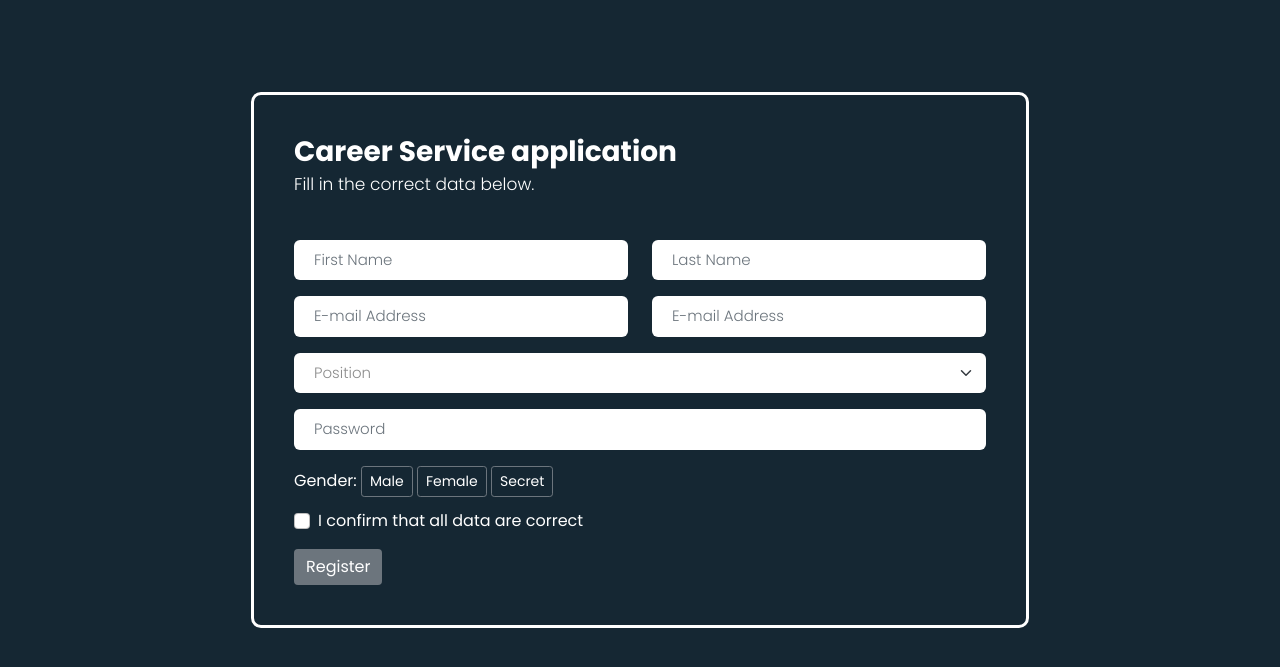
Repository: Samkiroko/form-assignment
Page: index.html
An editor plug-in stored every save of this project. The page is shown before and after the next save, followed by the edit.
The browser window is 1280 px wide. The pictures show the whole page.

Above is the page before, as saved 2022-12-03 18:38:20.

### index.html
<!DOCTYPE html>
<html lang="en" >
<head>
  <meta charset="UTF-8">
  <title>Career Service application</title>
  <link rel='stylesheet' href='https://cdn.jsdelivr.net/npm/bootstrap@5.0.0-beta2/dist/css/bootstrap.min.css'><link rel="stylesheet" href="./style.css">

</head>
<body>
<!-- partial:index.partial.html -->
<div class="form-body">
        <div class="row">
            <div class="form-holder">
                <div class="form-content">
                    <div class="form-items">
                        <h3>Career Service application</h3>
                        <p>Fill in the correct data below.</p>
                        <form class="requires-validation" novalidate>
                            <div class="row">
                                 <div class="col-6">
                               <input class="form-control" type="text" name="name" placeholder="First Name" required>
                               <div class="valid-feedback">First Name field is valid!</div>
                               <div class="invalid-feedback">First Name field cannot be blank!</div>
                            </div>
                            <div class="col-6">
                               <input class="form-control" type="text" name="name" placeholder="Last Name" required>
                               <div class="valid-feedback">Last Name field is valid!</div>
                               <div class="invalid-feedback">Last Name field cannot be blank!</div>
                            </div>
                            </div>
                            <div class="row">
                                <div class="col-md-6">
                                <input class="form-control" type="email" name="email" placeholder="E-mail Address" required>
                                 <div class="valid-feedback">Email field is valid!</div>
                                 <div class="invalid-feedback">Email field cannot be blank!</div>
                            </div>
                             <div class="col-md-6">
                                <input class="form-control" type="email" name="email" placeholder="E-mail Address" required>
                                 <div class="valid-feedback">Email field is valid!</div>
                                 <div class="invalid-feedback">Email field cannot be blank!</div>
                            </div></div>


                           <div class="col-md-12">
                                <select class="form-select mt-3" required>
                                      <option selected disabled value="">Position</option>
                                      <option value="jweb">Junior Web Developer</option>
                                      <option value="sweb">Senior Web Developer</option>
                                      <option value="pmanager">Project Manager</option>
                                      <option value="pmanager">System Design</option>
                               </select>
                                <div class="valid-feedback">You selected a position!</div>
                                <div class="invalid-feedback">Please select a position!</div>
                           </div>


                           <div class="col-md-12">
                              <input class="form-control" type="password" name="password" placeholder="Password" required>
                               <div class="valid-feedback">Password field is valid!</div>
                               <div class="invalid-feedback">Password field cannot be blank!</div>
                           </div>


                           <div class="col-md-12 mt-3">
                            <label class="mb-3 mr-1" for="gender">Gender: </label>

                            <input type="radio" class="btn-check" name="gender" id="male" autocomplete="off" required>
                            <label class="btn btn-sm btn-outline-secondary" for="male">Male</label>

                            <input type="radio" class="btn-check" name="gender" id="female" autocomplete="off" required>
                            <label class="btn btn-sm btn-outline-secondary" for="female">Female</label>

                            <input type="radio" class="btn-check" name="gender" id="secret" autocomplete="off" required>
                            <label class="btn btn-sm btn-outline-secondary" for="secret">Secret</label>
                               <div class="valid-feedback mv-up">You selected a gender!</div>
                                <div class="invalid-feedback mv-up">Please select a gender!</div>
                            </div>

                        <div class="form-check">
                          <input class="form-check-input" type="checkbox" value="" id="invalidCheck" required>
                          <label class="form-check-label">I confirm that all data are correct</label>
                         <div class="invalid-feedback">Please confirm that the entered data are all correct!</div>
                        </div>


                            <div class="form-button mt-3">
                                <button id="submit" type="submit" class="btn btn-primary">Register</button>
                            </div>
                        </form>
                    </div>
                </div>
            </div>
        </div>
    </div>
<!-- partial -->
  <script  src="./script.js"></script>

</body>
</html>

### style.css
@import url('https://fonts.googleapis.com/css2?family=Poppins:wght@300;400;500;700;900&display=swap');

*,
body {
  font-family: 'Poppins', sans-serif;
  font-weight: 400;
  -webkit-font-smoothing: antialiased;
  text-rendering: optimizeLegibility;
  -moz-osx-font-smoothing: grayscale;
}

html,
body {
  height: 100%;
  background-color: #152733;
  overflow: hidden;
}

.form-holder {
  display: flex;
  flex-direction: column;
  justify-content: center;
  align-items: center;
  text-align: center;
  min-height: 100vh;
}

.form-holder .form-content {
  position: relative;
  text-align: center;
  display: -webkit-box;
  display: -moz-box;
  display: -ms-flexbox;
  display: -webkit-flex;
  display: flex;
  -webkit-justify-content: center;
  justify-content: center;
  -webkit-align-items: center;
  align-items: center;
  padding: 60px;
}

.form-content .form-items {
  border: 3px solid #fff;
  padding: 40px;
  display: inline-block;
  width: 100%;
  min-width: 540px;
  -webkit-border-radius: 10px;
  -moz-border-radius: 10px;
  border-radius: 10px;
  text-align: left;
  -webkit-transition: all 0.4s ease;
  transition: all 0.4s ease;
}

.form-content h3 {
  color: #fff;
  text-align: left;
  font-size: 28px;
  font-weight: 600;
  margin-bottom: 5px;
}

.form-content h3.form-title {
  margin-bottom: 30px;
}

.form-content p {
  color: #fff;
  text-align: left;
  font-size: 17px;
  font-weight: 300;
  line-height: 20px;
  margin-bottom: 30px;
}

.form-content label,
.was-validated .form-check-input:invalid ~ .form-check-label,
.was-validated .form-check-input:valid ~ .form-check-label {
  color: #fff;
}

.form-content input[type='text'],
.form-content input[type='password'],
.form-content input[type='email'],
.form-content select {
  width: 100%;
  padding: 9px 20px;
  text-align: left;
  border: 0;
  outline: 0;
  border-radius: 6px;
  background-color: #fff;
  font-size: 15px;
  font-weight: 300;
  color: #8d8d8d;
  -webkit-transition: all 0.3s ease;
  transition: all 0.3s ease;
  margin-top: 16px;
}

.btn-primary {
  background-color: #6c757d;
  outline: none;
  border: 0px;
  box-shadow: none;
}

.btn-primary:hover,
.btn-primary:focus,
.btn-primary:active {
  background-color: #495056;
  outline: none !important;
  border: none !important;
  box-shadow: none;
}

.form-content textarea {
  position: static !important;
  width: 100%;
  padding: 8px 20px;
  border-radius: 6px;
  text-align: left;
  background-color: #fff;
  border: 0;
  font-size: 15px;
  font-weight: 300;
  color: #8d8d8d;
  outline: none;
  resize: none;
  height: 120px;
  -webkit-transition: none;
  transition: none;
  margin-bottom: 14px;
}

.form-content textarea:hover,
.form-content textarea:focus {
  border: 0;
  background-color: #ebeff8;
  color: #8d8d8d;
}

.mv-up {
  margin-top: -9px !important;
  margin-bottom: 8px !important;
}

.invalid-feedback {
  color: #ff606e;
}

.valid-feedback {
  color: #2acc80;
}

### script.js
(function () {
'use strict'
const forms = document.querySelectorAll('.requires-validation')
Array.from(forms)
  .forEach(function (form) {
    form.addEventListener('submit', function (event) {
      if (!form.checkValidity()) {
        event.preventDefault()
        event.stopPropagation()
      }

      form.classList.add('was-validated')
    }, false)
  })
})()

After the next save:
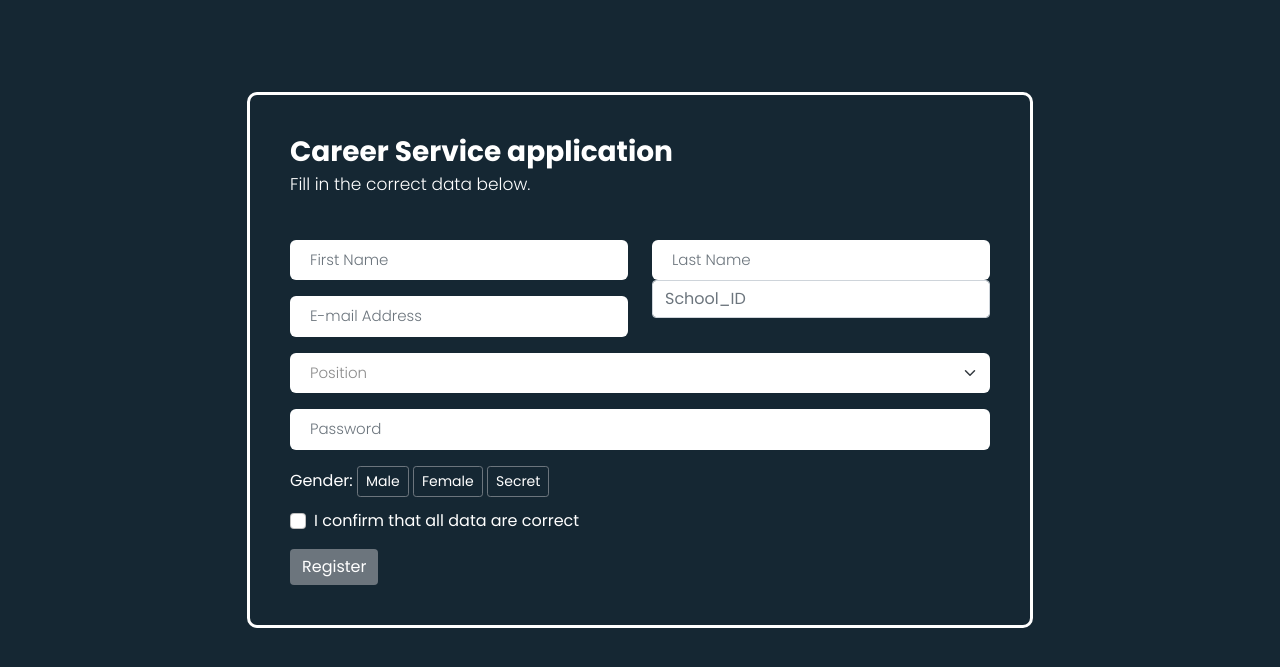
Saved 111 s later.
--- a/index.html
+++ b/index.html
@@ -35,9 +35,9 @@
                                  <div class="invalid-feedback">Email field cannot be blank!</div>
                             </div>
                              <div class="col-md-6">
-                                <input class="form-control" type="email" name="email" placeholder="E-mail Address" required>
-                                 <div class="valid-feedback">Email field is valid!</div>
-                                 <div class="invalid-feedback">Email field cannot be blank!</div>
+                                <input class="form-control" type="number" name="ID" placeholder="School_ID" required>
+                                 <div class="valid-feedback">School id field is valid!</div>
+                                 <div class="invalid-feedback">School id field cannot be blank!</div>
                             </div></div>
 
 
